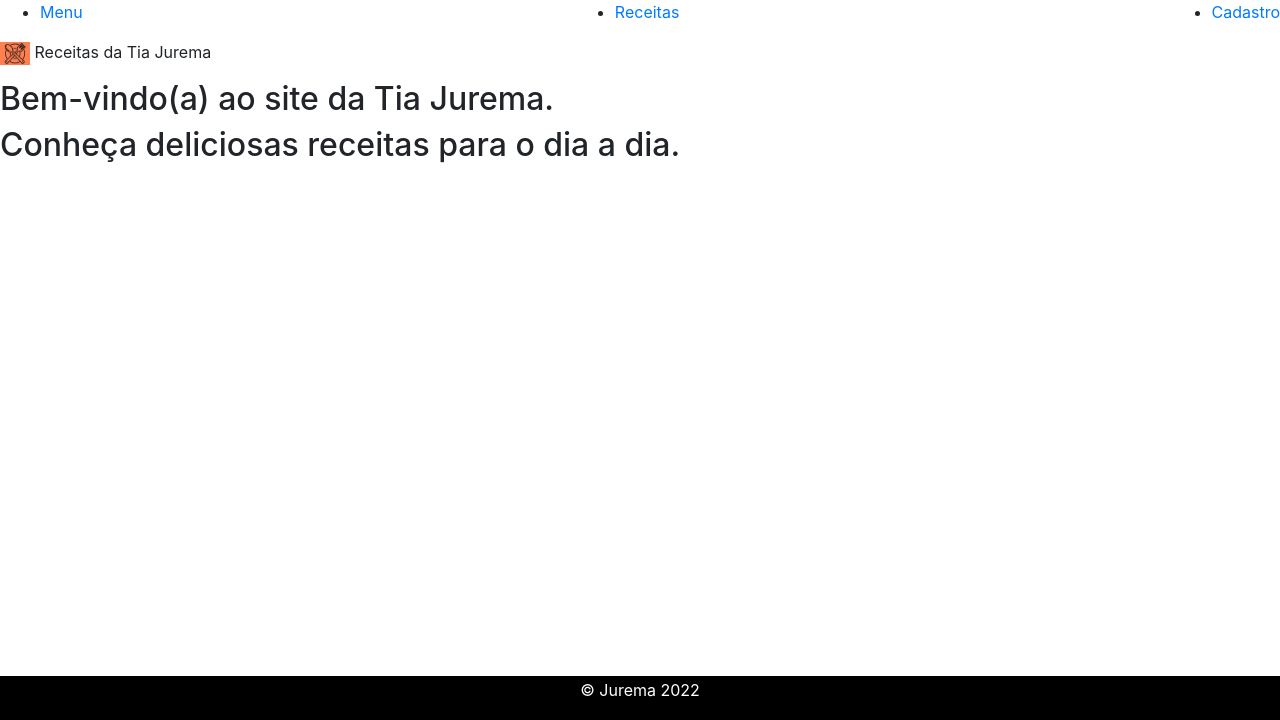
Repository: devropaes/RECEITAS
Page: OneDrive/Área de Trabalho/Estudos/Estácio/receitas/home.html
An editor plug-in stored every save of this project. The page is shown before and after the next save, followed by the edit.
The browser window is 1280 px wide. The pictures show the whole page.
Some web libraries are served in a nearby version.

Above is the page before, as saved 2024-03-11 21:32:11.

### OneDrive/Área de Trabalho/Estudos/Estácio/receitas/home.html
<!DOCTYPE html>
<html lang="pt-br" ></html>
<head>
  <head>
    <meta charset="UTF-8">
    <meta http-equiv="X-UA-Compatible" content="IE=edge">
    <meta name="viewport" content="width=device-width, initial-scale=1.0">
    <script src="https://kit.fontawesome.com/a076d05399.js" crossorigin="anonymous"></script>
    <link rel="stylesheet" href="./formatos.css">
    <link rel="stylesheet" href="./assets/Foto3.png">
    <link rel="stylesheet" href="https://cdn.jsdelivr.net/npm/bootstrap@4.3.1/dist/css/bootstrap.min.css" integrity="sha384-ggOyR0iXCbMQv3Xipma34MD+dH/1fQ784/j6cY/iJTQUOhcWr7x9JvoRxT2MZw1T" crossorigin="anonymous">
    </head>
<body>

    <ul class="navlist d-flex justify-content-between">
      <li><a href="home.html">Menu</a></li>
      <li><a href="receitas.html">Receitas</a></li>
      <LI><a href="cadastro.html">Cadastro</a></LI>
    </ul>

        <img src="./assets/Foto3.png" alt="logo">
              <p>Receitas da Tia Jurema</p>
              <h2>Bem-vindo(a) ao site da Tia Jurema.</h2>
              <h2>Conheça deliciosas receitas para o dia a dia.</h2>



       </body>
    </main>

      <footer class="rodape">
           <p>&copy; Jurema 2022 </p>
      </footer>

### OneDrive/Área de Trabalho/Estudos/Estácio/receitas/formatos.css

img {
    width: 30px;
}

img, p {
    display:inline-block
}

body {
    background-color:#ff7f50;
    font-family: Arial, Helvetica, sans-serif;
    font-size: 16px;
    text-decoration: none;



}
header {
    text-decoration: none;
}

footer {
    background-color: #000;
    color: #fff;
    text-align: center;
    padding: 2px;
    position: fixed;
    border-bottom: #fff;
    left: 0; /* Alteração aqui para fixar o rodapé no lado esquerdo */
    bottom: 0%;
    width: 100%;
    margin: 0%;
    max-width: 100%;

}

.cabecalho{
    background-color: #ff7f50;
    font-family:"krona one",sans-serif ;
    font-weight: 600;
    color: #333;
    padding: 10px;
    text-decoration: none;
}

.cabecalho__menu {
    background-color: #ff7f50;
    font-family: "Krona One", sans-serif;
    font-weight: 600;
    display: flex;
    justify-content: left;
    color:#333;
    text-decoration: none;

}


.cabecalho__menu__link {
    background-color: #ff7f50;
    font-family: "Krona One", sans-serif;
    font-weight: 600;
    color: #333;
    text-decoration: none;
    padding: 5px 10px;
    margin: 0 10px;
    pad: 50px;

}
.cabecalho__cadastro__link {
    background-color: #ff7f50;
    font-family: "Krona One", sans-serif;
    font-weight: 600;
    color: #333;
    text-decoration: none;
    padding: 5px 10px;
    margin: 0 10px;
    pad: 50px;
}


.apresentacao {
    font-family: "Krona One", sans-serif;
    font-weight: 600;
    background-color: #ff7f50;
    text-align: center;
    padding: 50px;
}

.apresentacao__conteudo {
    img: 33 x 32px;
    font-family: "Krona One", sans-serif;
    font-weight: 600;
    max-width: 600px;
    margin: 0 auto;
    pad: 60px;
}

.apresentacao__conteudo {
    font-family: "Krona One", sans-serif;
    font-weight: 600;
    color: #333;
    pad:62px;

}
.apresentacao__conteudo__titulo {
    justify-items:right;
    width: 60%;

}


.apresentacao__receitas__link {
    align-items: center;
    display:flex;
    gap: 16px;
    width: 50%;
    text-align: center;

}


.rodape {
    background-color: #000;
    color: #fff;
    text-align: center;
    padding: 2px;
    position: fixed;
    border-bottom: #fff;
    left: 0; /* Alteração aqui para fixar o rodapé no lado esquerdo */
    bottom: 0%;
    width: 100%;
    margin: 0%;
    max-width: 100%;

}

After the next save:
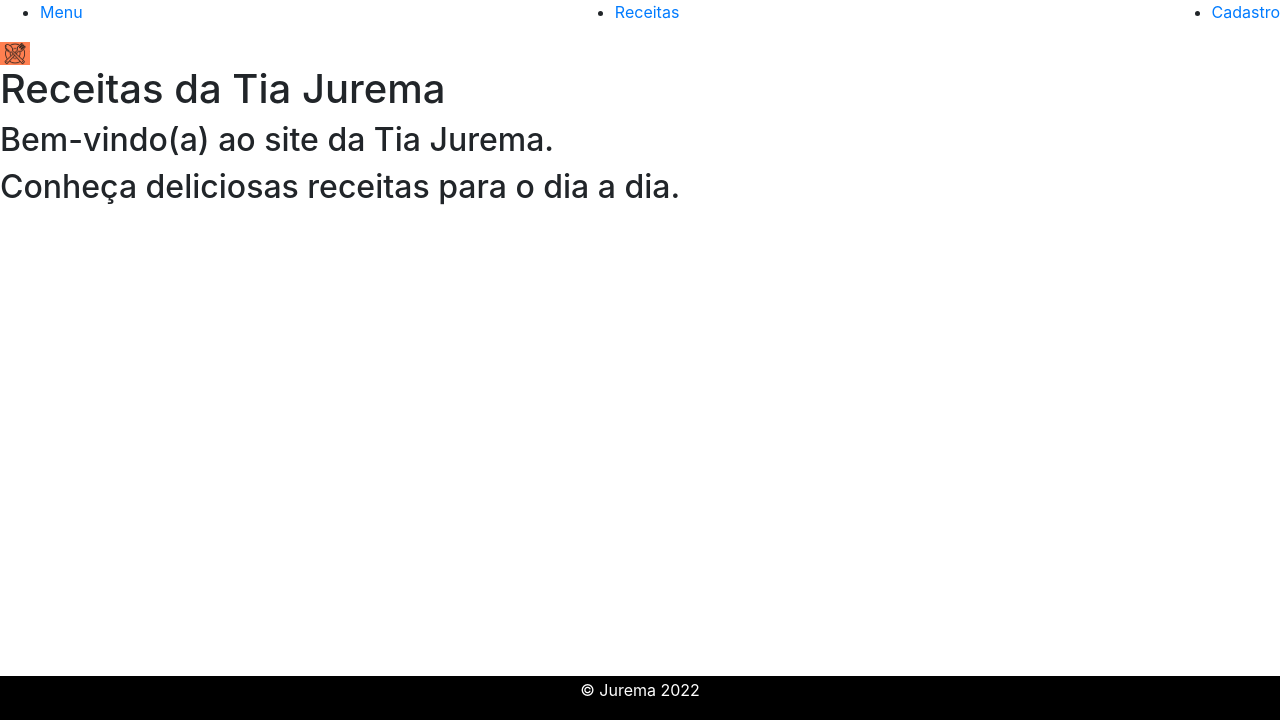
Saved 2 min 11 s later.
--- a/OneDrive/Área de Trabalho/Estudos/Estácio/receitas/home.html
+++ b/OneDrive/Área de Trabalho/Estudos/Estácio/receitas/home.html
@@ -19,7 +19,7 @@
     </ul>
 
         <img src="./assets/Foto3.png" alt="logo">
-              <p>Receitas da Tia Jurema</p>
+              <h1>Receitas da Tia Jurema</h1>
               <h2>Bem-vindo(a) ao site da Tia Jurema.</h2>
               <h2>Conheça deliciosas receitas para o dia a dia.</h2>
 
